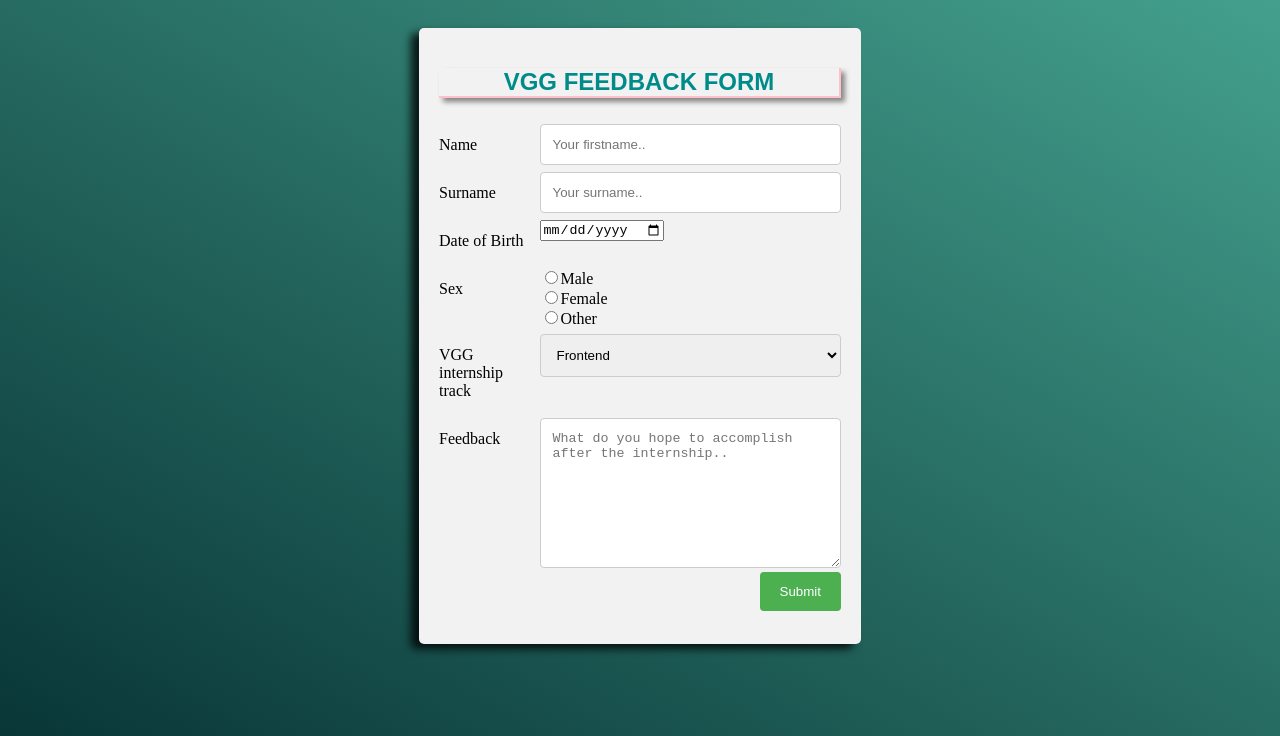
Repository: iphyokafor/VGG-Feedback-form
Page: index2.html
The author's editor kept a copy of each file at every save. The page is drawn from the files as they stood at one save, then again after the next save.
The browser window is 1280 px wide. The pictures show the whole page.

Above is the page before, as saved 2020-01-13 01:10:34.

### index2.html
<!DOCTYPE html>
<html lang="en">

<head>
    <meta charset="UTF-8">
    <meta name="viewport" content="width=device-width, initial-scale=1.0">
    <meta http-equiv="X-UA-Compatible" content="ie=edge">
    <title>VGG feedback form</title>
    <link rel="stylesheet" href="./main.css">
</head>

<body>
    <div class="container">
        <form>
            <h2 class="heading">Vgg feedback form</h2>
            <div class="row">
                <div class="col-25">
                    <label for="name">Name</label>
                </div>
                <div class="col-75">
                    <input type="text" class="txtinput" id="name" name="name" placeholder="Your firstname..">
                </div>
            </div>
            <div class="row">
                <div class="col-25">
                    <label for="surname">Surname</label>
                </div>
                <div class="col-75">
                    <input type="text" class="txtinput" id="surname" name="surname" placeholder="Your surname..">
                </div>
            </div>
            <div class="row">
                <div class="col-25">
                    <label for="dob">Date of Birth</label>
                </div>
                <div class="col-75">
                    <input type="date" id="date" name="date">
                </div>
            </div>
            <div class="row">
                <div class="col-25">
                    <label for="sex">Sex</label>
                </div>
                <div class="col-75">
                    <input type="radio" name="gender">Male<br>
                    <input type="radio" name="gender">Female<br>
                    <input type="radio" name="gender">Other
                </div>
            </div>
            <div class="row">
                <div class="col-25">
                    <label for="VGG internship">VGG internship track</label>
                </div>
                <div class="col-75">
                    <select id="VGG internship" name="VGG">
            <option value="frontend">Frontend</option>
            <option value="backend">Backend</option>
            <option value="ui/ux">UI/UX</option>
            <option value="software">Software Quality Assurance</option>
            <option value="devops">DevOps</option>
          </select>
                </div>
            </div>
            <div class="row">
                <div class="col-25">
                    <label for="feedback">Feedback</label>
                </div>
                <div class="col-75">
                    <textarea id="feedback" name="feedback" placeholder="What do you hope to accomplish after the internship.." style="height:150px"></textarea>
                </div>
            </div>
            <div class="row">
                <input type="submit" class="btn" value="Submit">
            </div>
        </form>
    </div>

</body>

</html>

### main.css
/* Style inputs, select elements and textareas */

body {
    display: flex;
    justify-content: center;
    flex-wrap: wrap;
    background: linear-gradient(to right top, #093637, #44A08D);
    background-repeat: no-repeat;
    height: 100vh;
}

.txtinput,
select,
textarea {
    width: 100%;
    padding: 12px;
    border: 1px solid #ccc;
    border-radius: 4px;
    box-sizing: border-box;
    resize: vertical;
}


/* Style the label to display next to the inputs */

label {
    padding: 12px 12px 12px 0;
    display: inline-block;
}


/* Style the submit button */

.btn {
    background-color: #4CAF50;
    color: white;
    padding: 12px 20px;
    border: none;
    border-radius: 4px;
    cursor: pointer;
    float: right;
    transition: all 1s;
}

.btn:hover {
    transform: scale(1.1);
}


/* Style the container */

.container {
    height: 80vh;
    margin-top: 20px;
    border-radius: 5px;
    background-color: #f2f2f2;
    padding: 20px;
    box-shadow: -8px 5px 8px rgba(0, 0, 0, 0.8);
    transition: border 0.15s linear 0s, linear 0s, color 0.15s linear 0s;
}

.heading {
    text-transform: uppercase;
    font-family: Arial, Helvetica, sans-serif;
    color: darkcyan;
    border-bottom: 2px solid pink;
    border-right: 2px solid pink;
    box-shadow: 4px 4px 5px #888888;
    width: 400px;
    text-align: center;
}


/* Floating column for labels: 25% width */

.col-25 {
    float: left;
    width: 25%;
    margin-top: 6px;
}


/* Floating column for inputs: 75% width */

.col-75 {
    float: left;
    width: 75%;
    margin-top: 6px;
}


/* Clear floats after the columns */

.row:after {
    content: "";
    display: table;
    clear: both;
}


/* Responsive layout - when the screen is less than 600px wide, make the two columns stack on top of each other instead of next to each other */

@media screen and (max-width: 600px) {
    .col-25,
    .col-75,
    input[type=submit] {
        width: 100%;
        margin-top: 0;
    }
}

After the next save:
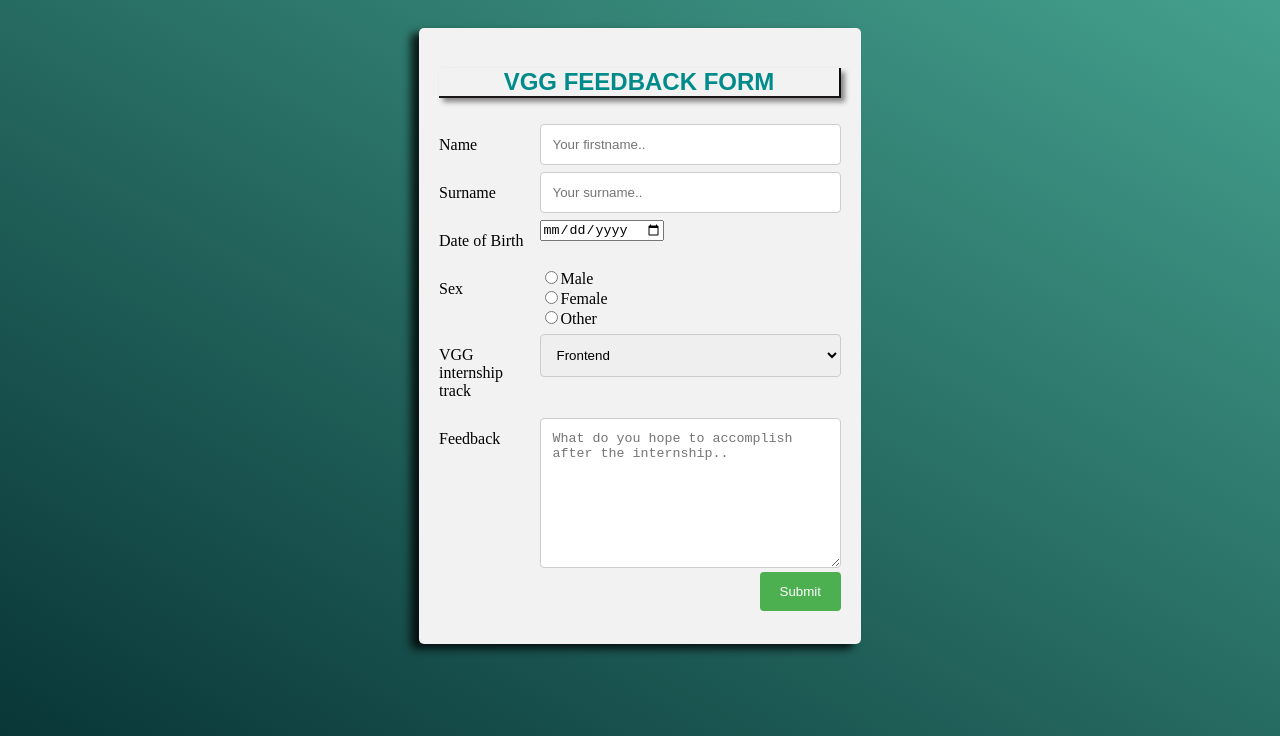
Saved 88 s later.
--- a/main.css
+++ b/main.css
@@ -63,8 +63,8 @@ label {
     text-transform: uppercase;
     font-family: Arial, Helvetica, sans-serif;
     color: darkcyan;
-    border-bottom: 2px solid pink;
-    border-right: 2px solid pink;
+    border-bottom: 2px solid rgb(27, 23, 24);
+    border-right: 2px solid rgb(15, 11, 12);
     box-shadow: 4px 4px 5px #888888;
     width: 400px;
     text-align: center;
